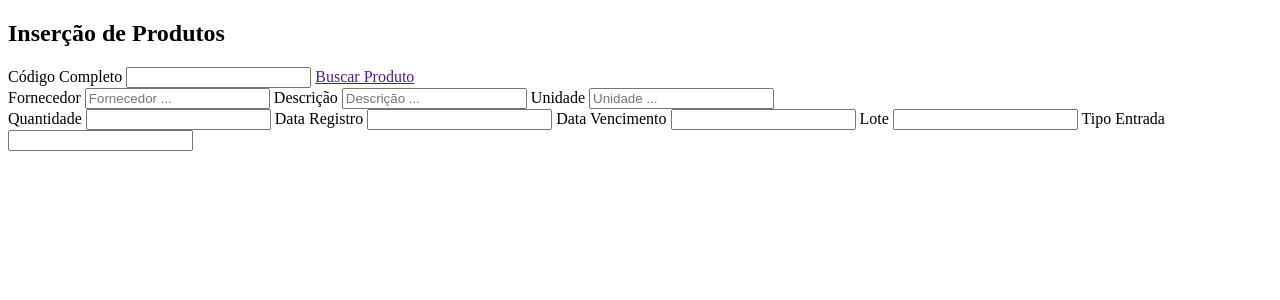
Repository: RobertoAntunes35/controle-estoque
Page: backend/templates/index.html
An editor plug-in stored every save of this project. The page is shown before and after the next save, followed by the edit.
The browser window is 1280 px wide. The pictures show the whole page.
The template is drawn by Flask 3. The application's start-up code is not run. Other server files are loaded and not shown. The template is opened directly, without the code that normally fills it, so the values that code supplies are empty.

Above is the page before, as saved 2023-05-27 11:26:55.

### backend/templates/index.html
<!DOCTYPE html>
<html lang="en">
<head>
    <meta charset="UTF-8">
    <meta http-equiv="X-UA-Compatible" content="IE=edge">
    <meta name="viewport" content="width=device-width, initial-scale=1.0">
    <title>Document</title>

</head>
<body>
    <div class="container">
        <form action="" method="">
            <h2>Inserção de Produtos</h2>
            <div class="search-product">
                <label for="busca-produto">Código Completo</label>
                <input type="number" id="busca-produto" name="busca-produto" value="">
                <a href="">Buscar Produto</a>
            </div>
            <div class="values-find">
                <label for="">Fornecedor
                <input type="text" id="fornecedor-find" name="fornecedor-find" placeholder="Fornecedor ...">
                </label>

                <label for="">Descrição
                    <input type="text" id="descricao-find" name="descricao-find" placeholder="Descrição ...">
                </label>

                <label for="">Unidade
                    <input type="text" id="unidade-find" name="unidade-find" placeholder="Unidade ...">
                </label>
            </div>
            <div class="choices-values">
                <label for="">Quantidade
                    <input type="text">
                </label>

                <label for="">Data Registro
                    <input type="text">
                </label>

                <label for="">Data Vencimento
                    <input type="text">
                </label>

                <label for="">Lote
                    <input type="text">
                </label>

                <label for="">Tipo Entrada
                    <input type="text">
                </label>
            </div>
        </form>
    </div>
</body>
</html>

After the next save:
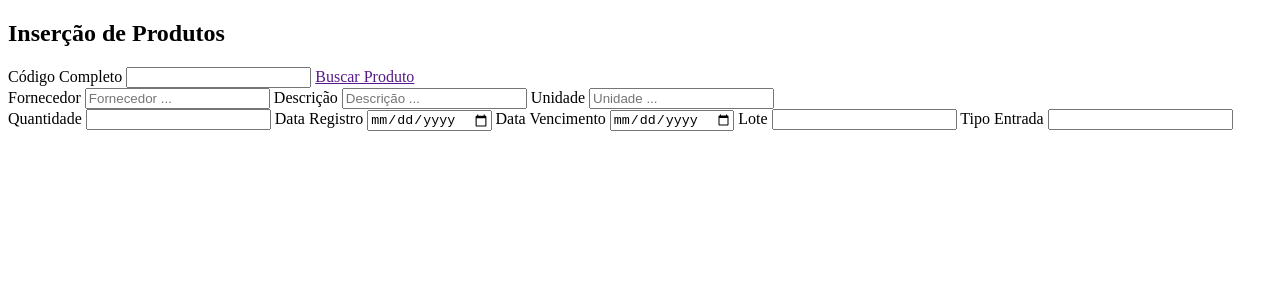
Saved 27 s later.
--- a/backend/templates/index.html
+++ b/backend/templates/index.html
@@ -31,15 +31,15 @@
             </div>
             <div class="choices-values">
                 <label for="">Quantidade
-                    <input type="text">
+                    <input type="number">
                 </label>
 
                 <label for="">Data Registro
-                    <input type="text">
+                    <input type="date">
                 </label>
 
                 <label for="">Data Vencimento
-                    <input type="text">
+                    <input type="date">
                 </label>
 
                 <label for="">Lote
